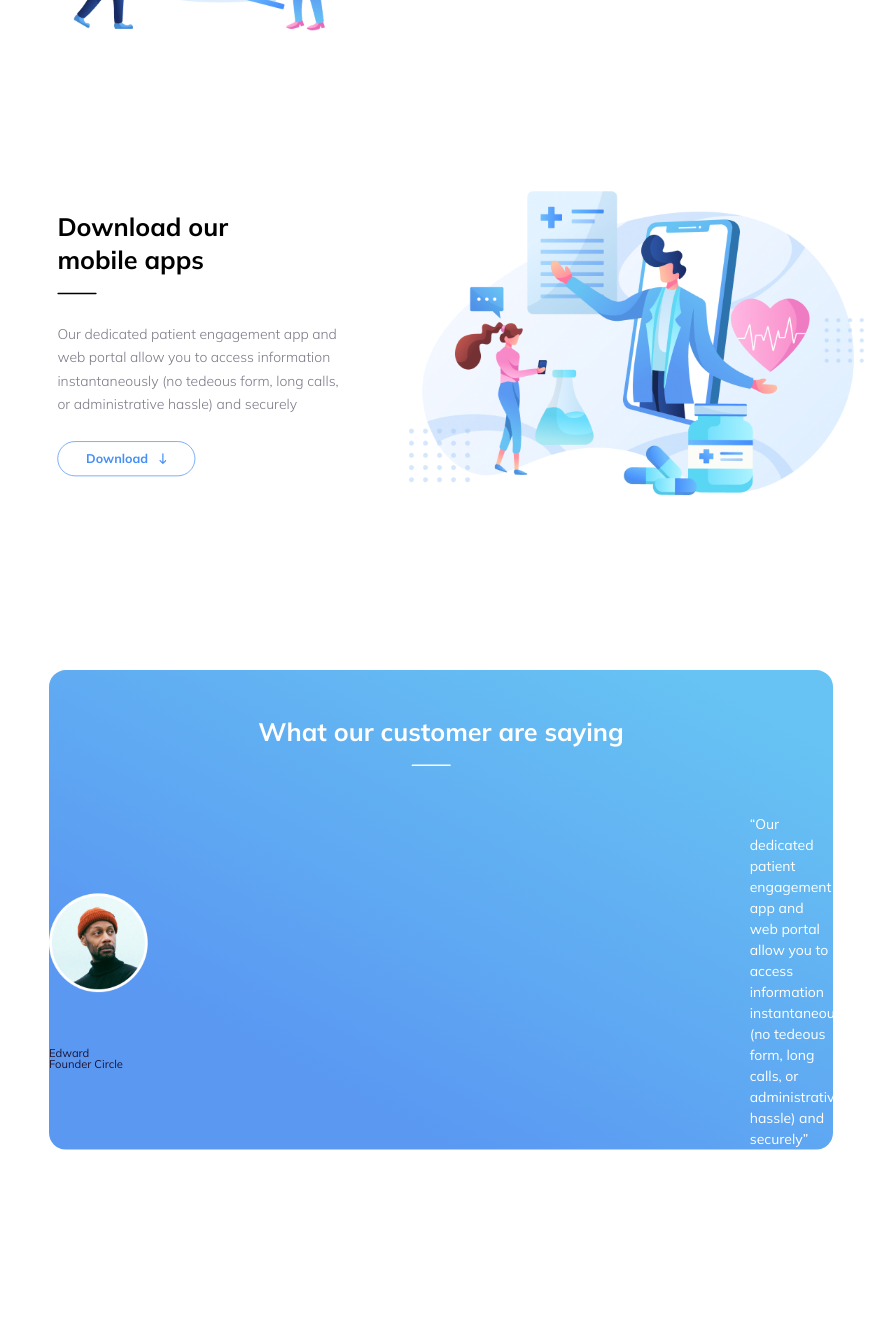
Repository: tungcutte35/Trafalgar
Page: index.html
An editor plug-in stored every save of this project. The page is shown before and after the next save, followed by the edit.
The browser window is 1280 px wide. The pictures show the part of the page from y = 2786 to 4706 px (the page is 4706 px tall), at 70% of full size.
The style sheet was rebuilt from its Sass, Less or Tailwind sources for each picture, by a compiler version that may differ from the author's.

Above is the page before, as saved 2021-10-18 00:39:50.

After the next save:
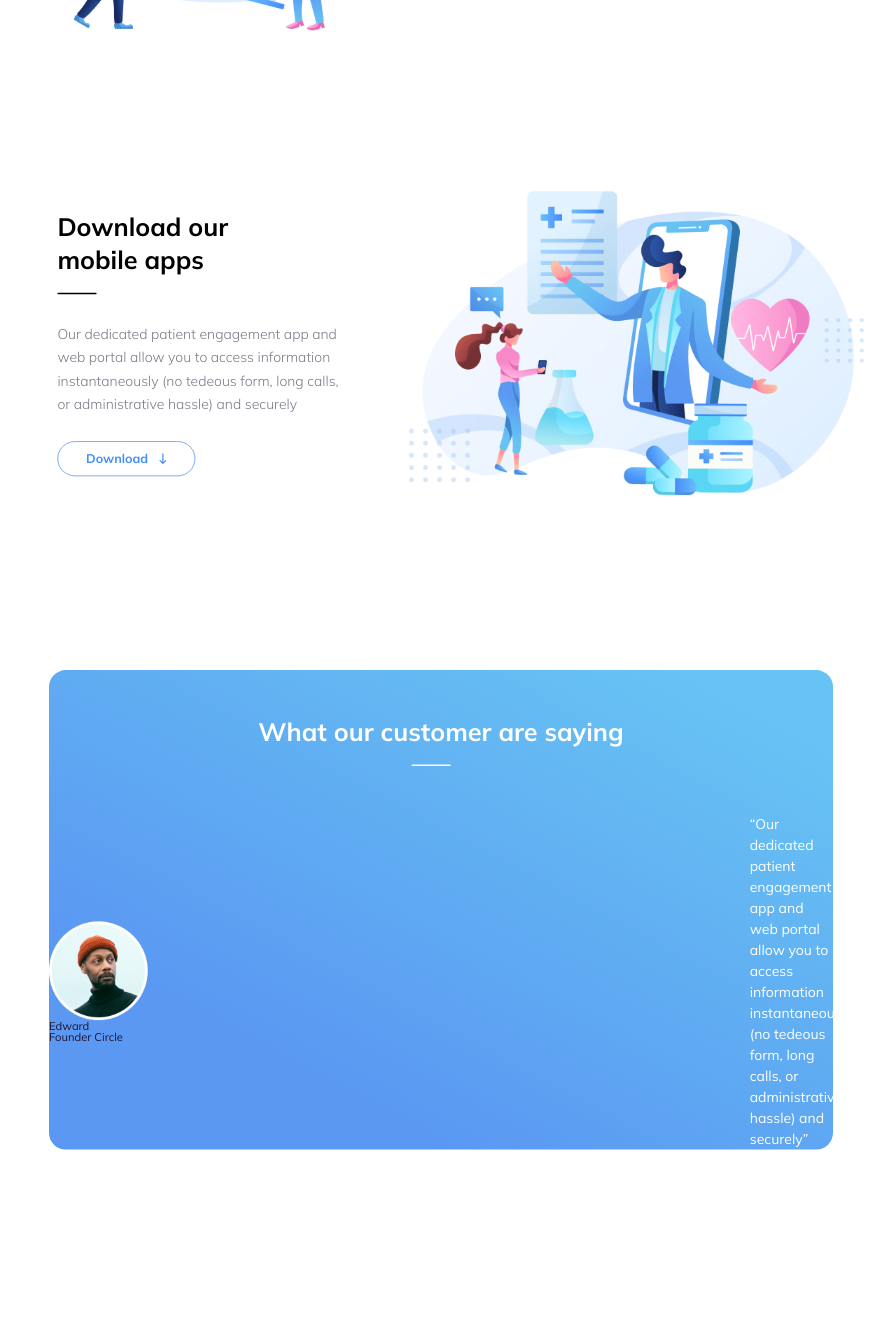
Saved 34 s later.
--- a/sass/_customer.scss
+++ b/sass/_customer.scss
@@ -39,7 +39,6 @@
   &-img {
     max-width: 141px;
     height: 141px;
-    margin-bottom: 79px;
   }
   &-desc {
     max-width: 119px;
